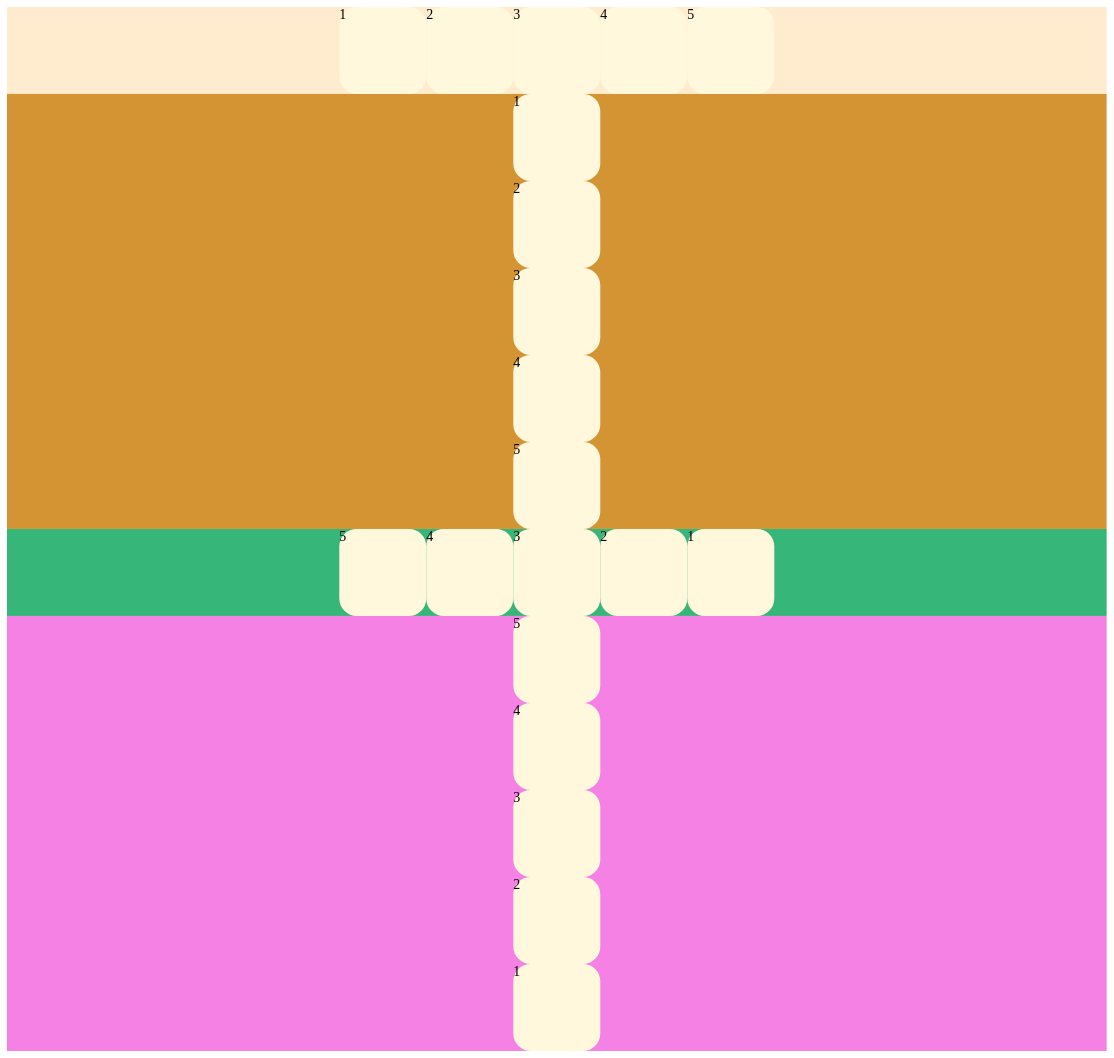
Repository: wesbos/What-The-Flexbox
Page: FlexBoxTypes/index.html
An editor plug-in stored every save of this project. The page is shown before and after the next save, followed by the edit.
The browser window is 1280 px wide. The pictures show the whole page, at 87% of full size.

Above is the page before, as saved 2020-08-27 15:56:12.

### FlexBoxTypes/index.html
<!DOCTYPE html>
<html lang="en">
  <head>
    <meta charset="UTF-8" />
    <meta name="viewport" content="width=device-width, initial-scale=1.0" />
    <title>FlexBox Types</title>
    <link rel="stylesheet" href="style.css" />
  </head>
  <body>
    <div class="flex-container-1">
      <div class="box">1</div>
      <div class="box">2</div>
      <div class="box">3</div>
      <div class="box">4</div>
      <div class="box">5</div>
    </div>
    <div class="flex-container-2">
      <div class="box">1</div>
      <div class="box">2</div>
      <div class="box">3</div>
      <div class="box">4</div>
      <div class="box">5</div>
    </div>
    <div class="flex-container-3">
      <div class="box">1</div>
      <div class="box">2</div>
      <div class="box">3</div>
      <div class="box">4</div>
      <div class="box">5</div>
    </div>
    <div class="flex-container-4">
      <div class="box">1</div>
      <div class="box">2</div>
      <div class="box">3</div>
      <div class="box">4</div>
      <div class="box">5</div>
    </div>
  </body>
</html>

### FlexBoxTypes/style.css
.flex-container-1 {
  display: flex;
  justify-content: center;
  align-items: center;
  background-color: blanchedalmond;
}
.flex-container-2 {
  display: flex;
  flex-direction: column;
  justify-content: center;
  align-items: center;
  background-color: rgb(212, 148, 51);
}
.flex-container-3 {
  display: flex;
  flex-direction: row-reverse;
  justify-content: center;
  align-items: center;
  background-color: rgb(55, 182, 122);
}
.flex-container-4 {
  display: flex;
  flex-direction: column-reverse;
  justify-content: center;
  align-items: center;
  background-color: rgb(245, 129, 229);
}
.box {
  background-color: cornsilk;
  height: 100px;
  width: 100px;
  border-radius: 20px;
}

After the next save:
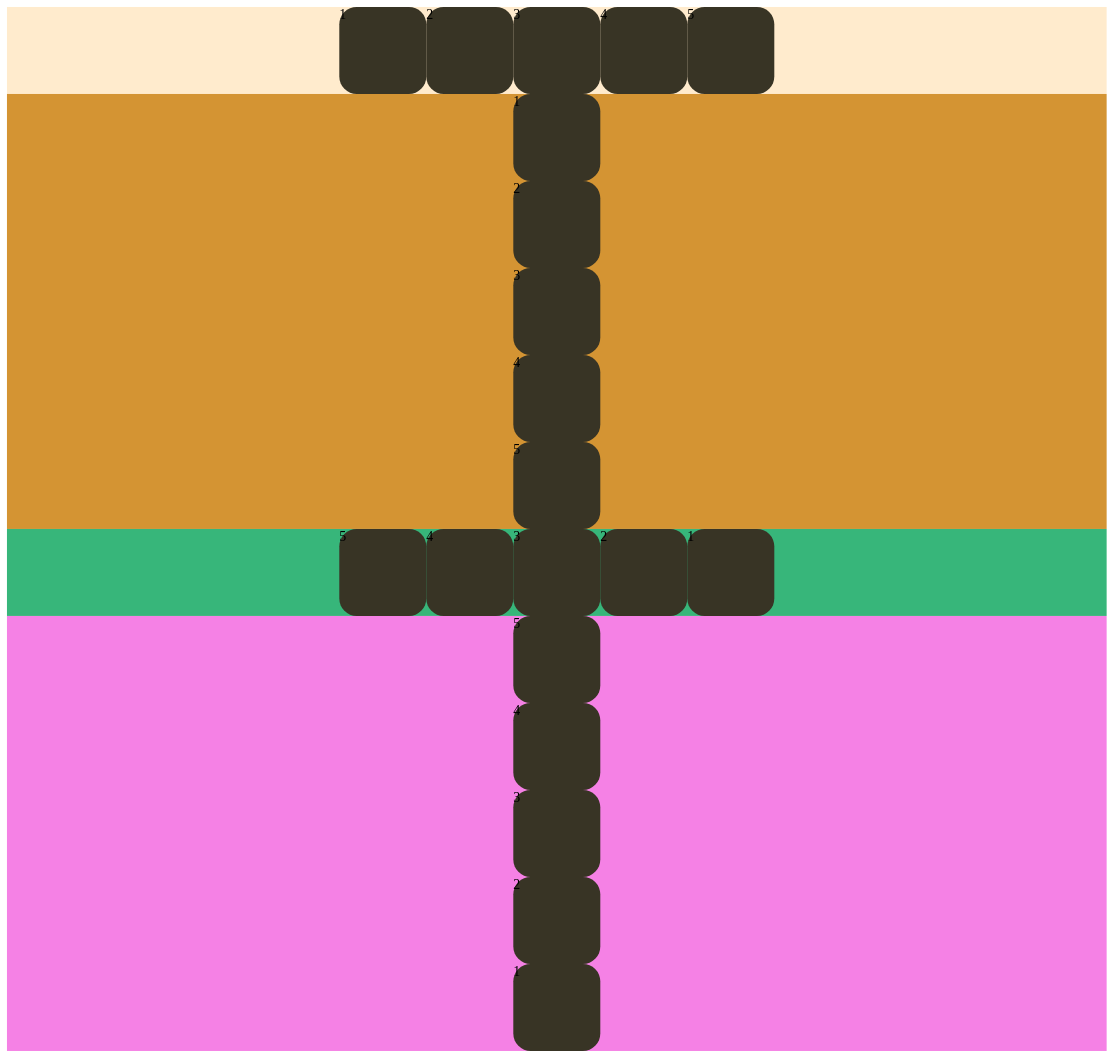
Saved 19 s later.
--- a/FlexBoxTypes/style.css
+++ b/FlexBoxTypes/style.css
@@ -26,7 +26,7 @@
   background-color: rgb(245, 129, 229);
 }
 .box {
-  background-color: cornsilk;
+  background-color: rgb(56, 52, 37);
   height: 100px;
   width: 100px;
   border-radius: 20px;
